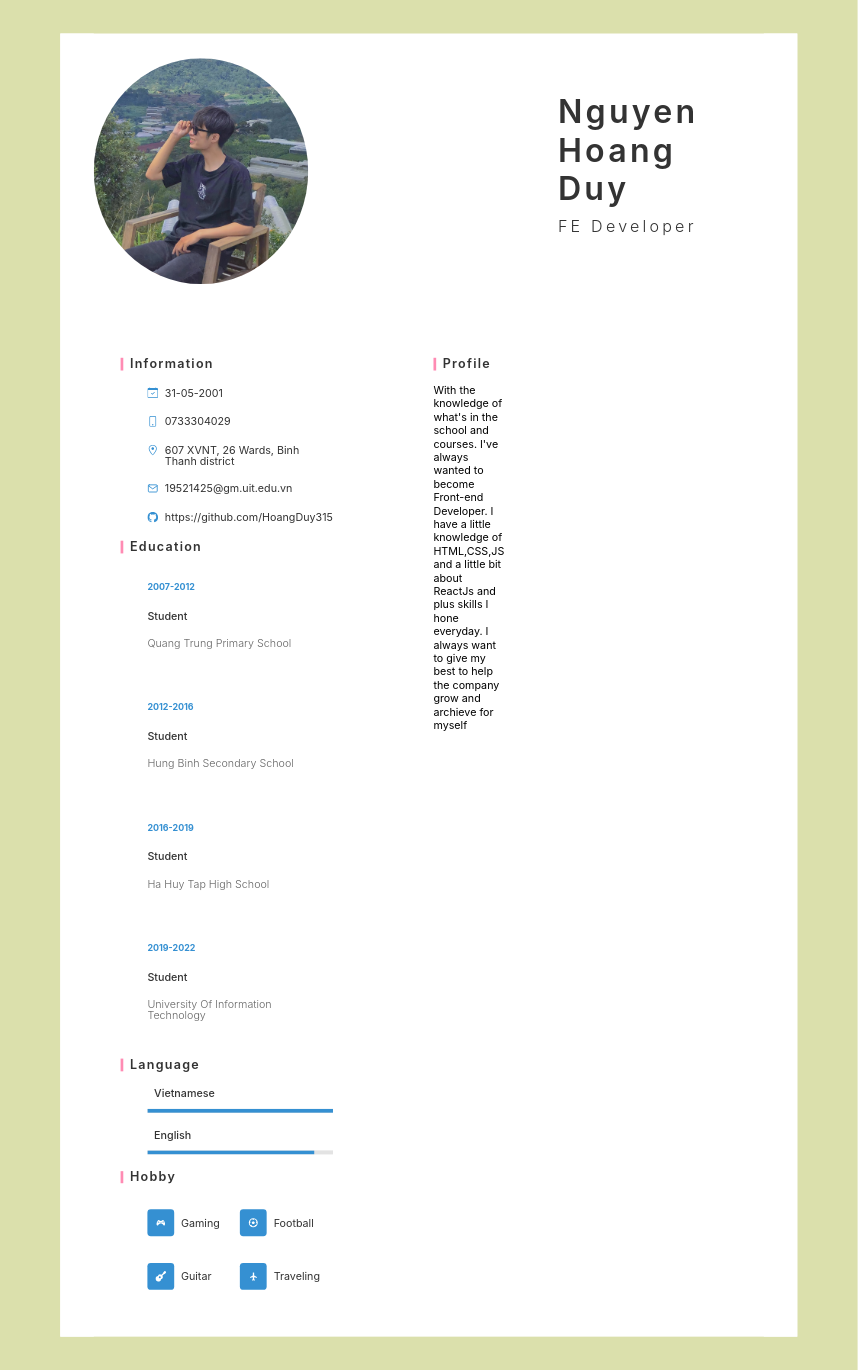
Repository: HoangDuy315/HW_TVK
Page: / (app in hw3cv/)
An editor plug-in stored every save of this project. The page is shown before and after the next save, followed by the edit.
The browser window is 1280 px wide. The pictures show the whole page, at 67% of full size.
The project was rebuilt for these pictures with package versions that can differ from the ones it lists, and the page was loaded fresh each time. Also part of the build but not shown: hw3cv/src/App.css.

Above is the page before, as saved 2022-11-02 12:32:24.

After the next save:
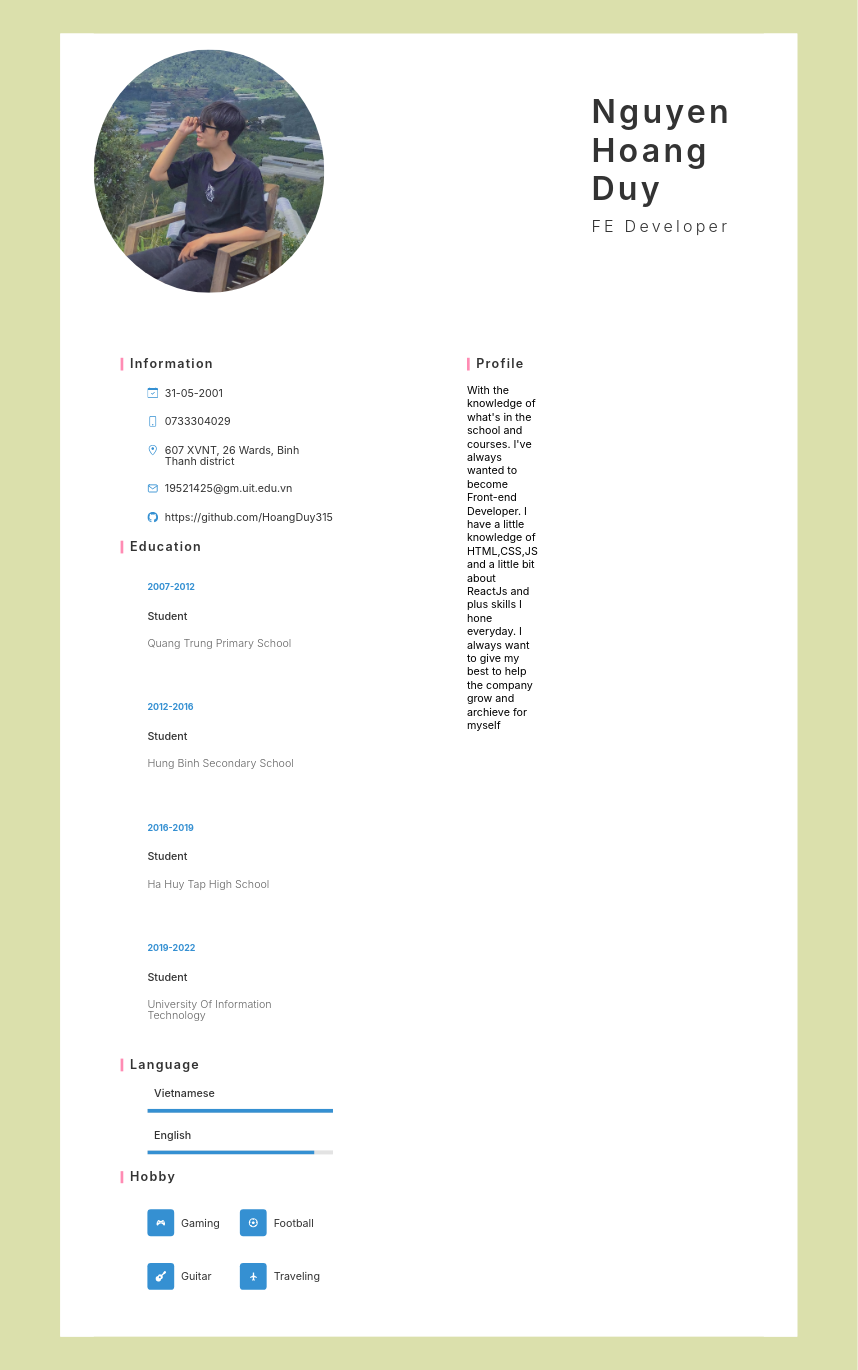
Saved 5 s later.
--- a/hw3cv/src/components/Cv.css
+++ b/hw3cv/src/components/Cv.css
@@ -249,7 +249,7 @@ p {
   font-style: 300;
 }
 .rightSide {
-  padding-left: 150px;
+  padding-left: 200px;
 }
 .about .box {
   display: flex;
